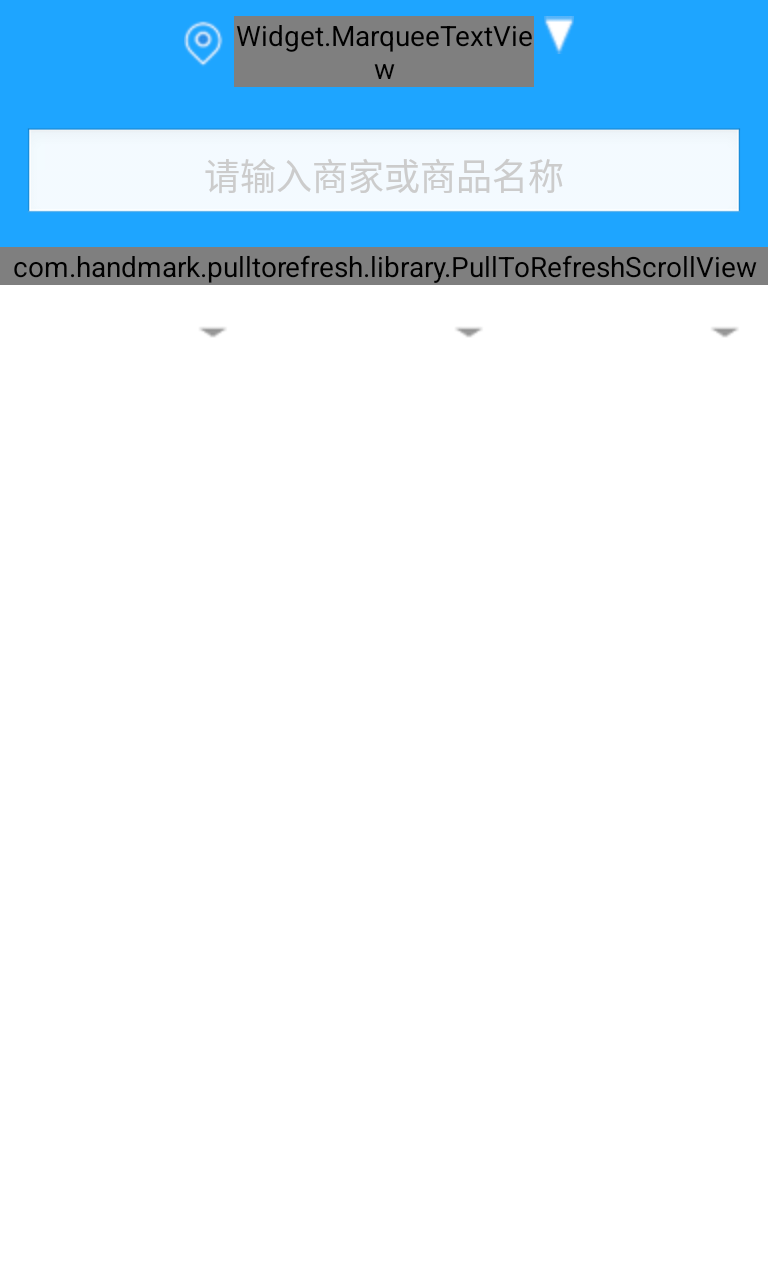
Repository: shi1hh/v
Layout: HungryTest/res/layout/fragment_waimai.xml
An editor plug-in stored every save of this project. The layout is shown before and after the next save, followed by the edit.
Pictures or frames that could not be fetched are drawn as grey boxes. It is drawn on a 768 x 1280 px phone screen (xhdpi) without system bars, with theme android:Theme.Light.NoTitleBar; the app's code is not run.

Above is the layout before, as saved 2015-10-24 11:09:24.

### HungryTest/res/layout/fragment_waimai.xml
<?xml version="1.0" encoding="utf-8"?>
<LinearLayout xmlns:android="http://schemas.android.com/apk/res/android"
    android:layout_width="match_parent"
    android:layout_height="match_parent"
    android:orientation="vertical" >

    <RelativeLayout
        android:layout_width="match_parent"
        android:layout_height="wrap_content"
        android:background="@color/blackground"
        android:padding="8dp" >

        <Widget.MarqueeTextView
            android:id="@+id/Textview_waimai_tile_2"
            android:layout_width="150dp"
            android:layout_height="wrap_content"
            android:layout_centerHorizontal="true"
            android:layout_centerVertical="true"
            android:background="@color/blackground"
            android:ellipsize="marquee"
            android:focusable="true"
            android:focusableInTouchMode="true"
            android:gravity="center"
            android:marqueeRepeatLimit="marquee_forever"
            android:scrollHorizontally="true"
            android:singleLine="true"
            android:text="信和门业附近(阳江市)"
            android:textColor="@color/white"
            android:textSize="21sp" />

        <Button
            android:id="@+id/button_waimai_tile_3"
            android:layout_width="wrap_content"
            android:layout_height="wrap_content"
            android:layout_alignBaseline="@+id/Textview_waimai_tile_2"
            android:layout_marginLeft="5dp"
            android:layout_toRightOf="@+id/Textview_waimai_tile_2"
            android:background="@drawable/waimaititle3" />

        <Button
            android:id="@+id/button_waimai_tile_1"
            android:layout_width="wrap_content"
            android:layout_height="wrap_content"
            android:layout_alignParentTop="true"
            android:layout_marginRight="5dp"
            android:layout_toLeftOf="@+id/Textview_waimai_tile_2"
            android:background="@drawable/waimaititle1" />
    </RelativeLayout>

    <RelativeLayout
        android:id="@+id/relative_1"
        android:layout_width="match_parent"
        android:layout_height="wrap_content"
        android:background="@color/blackground"
        android:padding="12dp" >

        <EditText
            android:id="@+id/editText_search"
            android:layout_width="match_parent"
            android:layout_height="wrap_content"
            android:ems="10"

            android:gravity="center"
            android:hint="请输入商家或商品名称"
            android:padding="10dp"
            android:textColorHint="@color/text_gray" >

        </EditText>
    </RelativeLayout>

    <com.handmark.pulltorefresh.library.PullToRefreshScrollView
        xmlns:ptr="http://schemas.android.com/apk/res-auto"
        android:id="@+id/pull_refresh_scrollview"
        android:layout_width="fill_parent"
        android:layout_height="wrap_content"
        ptr:ptrAnimationStyle="flip"
        ptr:ptrMode="both" >

        <LinearLayout
            android:id="@+id/sub_root_lin"
            android:layout_width="fill_parent"
            android:layout_height="wrap_content"
            android:orientation="vertical" >

            <android.support.v4.view.ViewPager
                android:id="@+id/viewpager_waimai_adv"
                android:layout_width="match_parent"
                android:layout_height="90dp" >
            </android.support.v4.view.ViewPager>

            <TableLayout
           android:layout_marginTop="5dp"
                android:layout_width="match_parent"
                android:layout_height="wrap_content" >

                <TableRow
                    android:layout_width="match_parent"
                    android:layout_weight="1" >

                    <TextView
                        android:id="@+id/tb_tv1"
                        style="@style/waimai_tb_text"
                        android:layout_width="wrap_content"
                        android:layout_height="fill_parent"
                        android:layout_weight="1"
                        android:drawablePadding="0px"
                        android:drawableTop="@drawable/t1"
                        android:text="@string/waimai_tb1" />

                    <TextView
                        android:id="@+id/tb_tv2"
                        style="@style/waimai_tb_text"
                        android:layout_width="fill_parent"
                        android:layout_height="fill_parent"
                        android:layout_weight="1"
                        android:drawablePadding="0px"
                        android:drawableTop="@drawable/t2"
                        android:text="@string/waimai_tb2" />

                    <TextView
                        android:id="@+id/tb_tv3"
                        style="@style/waimai_tb_text"
                        android:layout_width="fill_parent"
                        android:layout_height="fill_parent"
                        android:layout_weight="1"
                        android:drawablePadding="0px"
                        android:drawableTop="@drawable/t3"
                        android:text="@string/waimai_tb3" />

                    <TextView
                        android:id="@+id/tb_tv4"
                        style="@style/waimai_tb_text"
                        android:layout_width="fill_parent"
                        android:layout_height="fill_parent"
                        android:layout_weight="1"
                        android:drawablePadding="0px"
                        android:drawableTop="@drawable/t4"
                        android:text="@string/waimai_tb4" />
                </TableRow>

                <TableRow
                    android:layout_width="match_parent"
                    android:layout_weight="1" >

                    <TextView
                        android:id="@+id/tb_tv2_1"
                        style="@style/waimai_tb_text"
                        android:layout_width="fill_parent"
                        android:layout_height="fill_parent"
                        android:layout_weight="1"
                        android:drawablePadding="0px"
                        android:drawableTop="@drawable/t5"
                        android:text="@string/waimai_tb5" />

                    <TextView
                        android:id="@+id/tb_tv2_2"
                        style="@style/waimai_tb_text"
                        android:layout_width="fill_parent"
                        android:layout_height="fill_parent"
                        android:layout_weight="1"
                        android:drawablePadding="0px"
                        android:drawableTop="@drawable/t6"
                        android:text="@string/waimai_tb6" />

                    <TextView
                        android:id="@+id/tb_tv2_3"
                        style="@style/waimai_tb_text"
                        android:layout_width="fill_parent"
                        android:layout_height="fill_parent"
                        android:layout_weight="1"
                        android:drawablePadding="0px"
                        android:drawableTop="@drawable/t7"
                        android:text="@string/waimai_tb7" />

                    <TextView
                        android:id="@+id/tb_tv2_12344567"
                        android:layout_column="2"
                        style="@style/waimai_tb_text"
                        android:layout_width="fill_parent"
                        android:layout_height="fill_parent"
                        android:visibility="invisible"
                        android:layout_weight="1" />
                </TableRow>
            </TableLayout>
            <View
                android:id="@+id/divider1"
                 android:layout_width="fill_parent"  android:layout_height="12dp"
                android:layout_marginTop="5dp"
                android:background="@color/waimai_divider"  />

            <LinearLayout
    android:layout_width="match_parent"
    android:layout_height="match_parent"
    android:orientation="horizontal" >

    <Spinner
        android:id="@+id/spinner_waimai_listview1"
            android:background="@drawable/spinner_waimai_img"
    android:layout_weight="1"
        android:layout_width="0dp"
        android:spinnerMode="dropdown"
 android:animationCache="true"
   android:drawSelectorOnTop="true"
        android:layout_height="wrap_content" />

    <Spinner
        android:id="@+id/spinner_waimai_listview2"
               android:background="@drawable/spinner_waimai_img"
    android:layout_weight="1"
        android:layout_width="0dp"
        android:spinnerMode="dropdown"
 android:animationCache="true"
   android:drawSelectorOnTop="true"
        android:layout_height="wrap_content" />

    <Spinner
        android:id="@+id/spinner_waimai_listview3"
                android:background="@drawable/spinner_waimai_img"
    android:layout_weight="1"
        android:layout_width="0dp"
        android:spinnerMode="dropdown"
 android:animationCache="true"
   android:drawSelectorOnTop="true"
        android:layout_height="wrap_content"  />

</LinearLayout>


            <ListView
                android:id="@+id/listview_waimai"
                android:layout_width="fill_parent"
                android:layout_height="wrap_content"
                ></ListView>


        </LinearLayout>
    </com.handmark.pulltorefresh.library.PullToRefreshScrollView>
            <LinearLayout
                android:id="@+id/flow_llay"
    android:layout_width="match_parent"
    android:layout_height="wrap_content"

    android:orientation="horizontal" >

    <Spinner
        android:id="@+id/spinner_waimai_listview4"
            android:background="@drawable/spinner_waimai_img"
    android:layout_weight="1"
        android:layout_width="0dp"
        android:spinnerMode="dropdown"
 android:animationCache="true"
   android:drawSelectorOnTop="true"
        android:layout_height="wrap_content" />

    <Spinner
        android:id="@+id/spinner_waimai_listview5"
               android:background="@drawable/spinner_waimai_img"
    android:layout_weight="1"
        android:layout_width="0dp"
        android:spinnerMode="dropdown"
 android:animationCache="true"
   android:drawSelectorOnTop="true"
        android:layout_height="wrap_content" />

    <Spinner
        android:id="@+id/spinner_waimai_listview6"
                android:background="@drawable/spinner_waimai_img"
    android:layout_weight="1"
        android:layout_width="0dp"
        android:spinnerMode="dropdown"
 android:animationCache="true"
   android:drawSelectorOnTop="true"
        android:layout_height="wrap_content"  />

</LinearLayout>
</LinearLayout>

### HungryTest/res/values/color.xml
<?xml version="1.0" encoding="utf-8"?>
<resources>
    <color name="sum">#ffffff</color>
    <color name="balance">#00FF7F</color>
    <color name="balance_text">#ffffff</color>
    <color name="lvlft_select">#ffffff</color>
    <color name="lvlft_black">#CFCFCF</color>
    <color name="white">#ffffff</color>
    <color name="navigation_bg">#F6F6F6</color>
      <color name="blackground">#1EA5FF</color>
      <color name="text_gray">#CCCCCC</color>
      <color name="waimai_divider">#EEEEEC</color>
</resources>

### HungryTest/res/values/styles.xml
<resources xmlns:android="http://schemas.android.com/apk/res/android">

    <!--
        Base application theme, dependent on API level. This theme is replaced
        by AppBaseTheme from res/values-vXX/styles.xml on newer devices.


    -->
    <style name="AppBaseTheme" parent="Theme.AppCompat.Light">
        <!--
            Theme customizations available in newer API levels can go in
            res/values-vXX/styles.xml, while customizations related to
            backward-compatibility can go here.


        -->
    </style>

    <!-- Application theme. -->
    <style name="AppTheme" parent="AppBaseTheme">
        <!-- All customizations that are NOT specific to a particular API-level can go here. -->
    </style>

    <style name="text">
        <item name="android:textSize">10sp</item>
        <item name="android:gravity">center_horizontal</item>
    </style>

    <style name="waimai_tb_text">
        <item name="android:textSize">13sp</item>
        <item name="android:gravity">center_horizontal</item>
    </style>
    <style
        name="waimai_money_text">
        <item name="android:textColor">#FF3030</item>
        <item name="android:textSize">20sp</item>

    </style>
<style
    name="waimai_store_name_textsize"
    >
    <item name="android:textSize">20sp</item>
</style>
</resources>

### HungryTest/res/values/strings.xml
<?xml version="1.0" encoding="utf-8"?>
<resources>

    <string name="app_name">HungryTest</string>
    <string name="hello_world">Hello world!</string>
    <string name="action_settings">Settings</string>
    <string name="navigation1">外卖</string>
 <string name="navigation2">订单</string>
  <string name="navigation3">发现</string>
   <string name="navigation4">我</string>
   <string name="waimai_tb1">便利店</string>
    <string name="waimai_tb2">品牌馆</string>
     <string name="waimai_tb3">水果</string>
      <string name="waimai_tb4">鲜花蛋糕</string>
       <string name="waimai_tb5">新店特惠</string>
        <string name="waimai_tb6">夜宵</string>
         <string name="waimai_tb7">预定早餐</string>
</resources>

### HungryTest/res/drawable/spinner_waimai_img.xml
<?xml version="1.0" encoding="utf-8"?>
<selector xmlns:android="http://schemas.android.com/apk/res/android" >
    <item android:drawable="@drawable/spinnerdrag2"
        android:state_focused="true"></item>
    <item android:drawable="@drawable/spinnerdrag2"
        android:state_pressed="true"></item>
   <item  android:drawable="@drawable/spinnerdrag1"></item>
</selector>

After the next save:
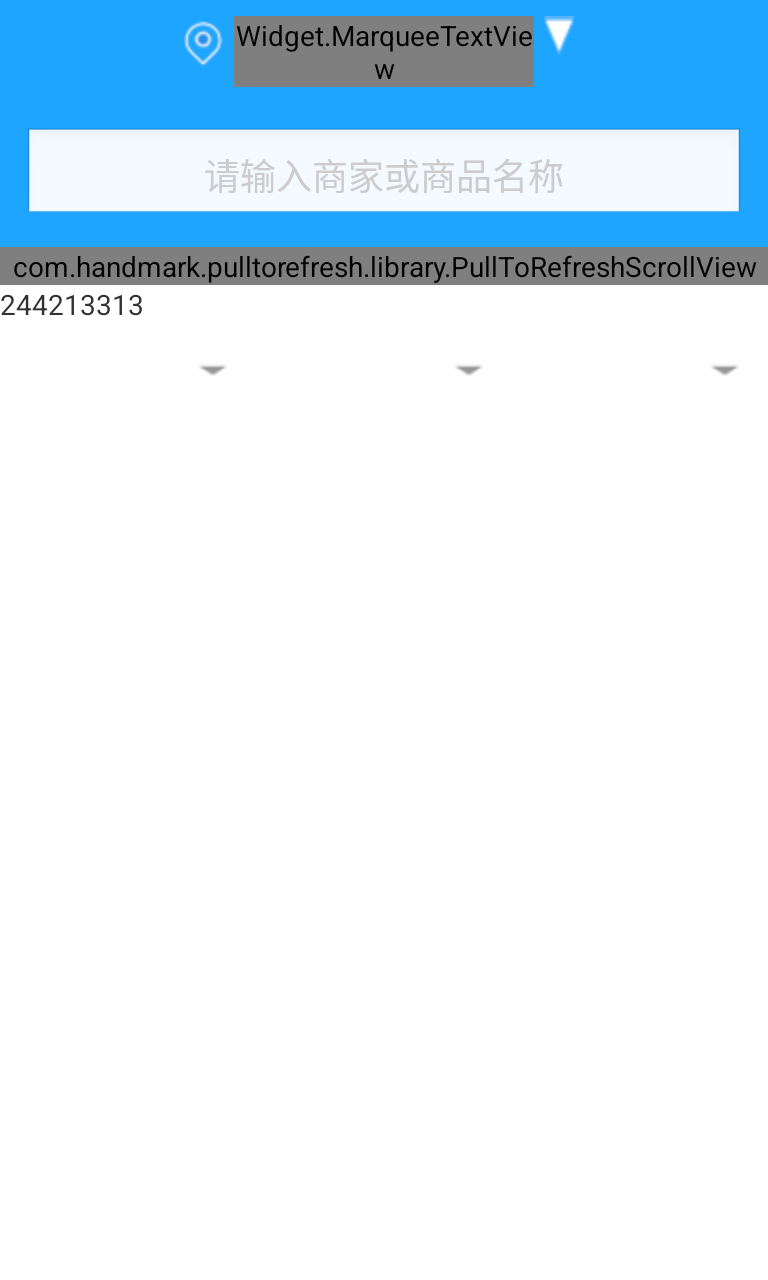
Saved 1 s later.
--- a/HungryTest/res/layout/fragment_waimai.xml
+++ b/HungryTest/res/layout/fragment_waimai.xml
@@ -235,6 +235,11 @@
 
         </LinearLayout>
     </com.handmark.pulltorefresh.library.PullToRefreshScrollView>
+    <TextView
+        android:layout_width="wrap_content"
+        android:layout_height="wrap_content"
+        android:text="244213313"
+        ></TextView>
             <LinearLayout
                 android:id="@+id/flow_llay"
     android:layout_width="match_parent"
